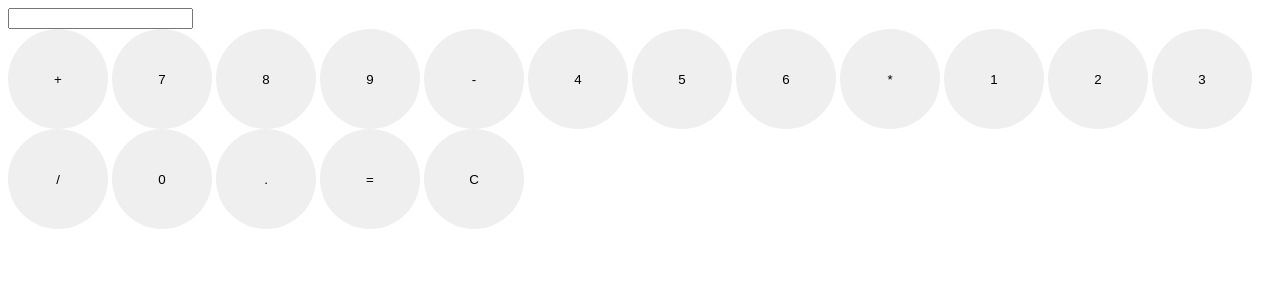
Repository: 23HarveyJi/25-Fall_chillguys
Page: calculator.html
The author's editor kept a copy of each file at every save. The page is drawn from the files as they stood at one save, then again after the next save.
The browser window is 1280 px wide. The pictures show the whole page.

Above is the page before, as saved 2025-10-10 14:53:09.

### calculator.html
<!DOCTYPE html>
<html lang="en">
    <head>
        <meta charset="UTF-8" />
        <meta name="viewport" content="width=device-width, initial-scale=1.0" />
        <title>Document</title>
        <link rel="stylesheet" href="calculator.css">
    </head>
    <body>

        <div id="calculator">
            <input id="display" readonly>
            <div id="keys">
                <button onclick="appendToDisplay('+')">+</button>
                <button onclick="appendToDisplay('7')">7</button>
                <button onclick="appendToDisplay('8')">8</button>
                <button onclick="appendToDisplay('9')">9</button>
                <button onclick="appendToDisplay('-')">-</button>
                <button onclick="appendToDisplay('4')">4</button>
                <button onclick="appendToDisplay('5')">5</button>
                <button onclick="appendToDisplay('6')">6</button>
                <button onclick="appendToDisplay('*')">*</button>
                <button onclick="appendToDisplay('1')">1</button>
                <button onclick="appendToDisplay('2')">2</button>
                <button onclick="appendToDisplay('3')">3</button>
                <button onclick="appendToDisplay('/')">/</button>
                <button onclick="appendToDisplay('0')">0</button>
                <button onclick="appendToDisplay('.')">.</button>
                <button onclick="calculate()">=</button>
                <button onclick="clearDisplay"()>C</button>
            </div>
        </div>
    </body>

### calculator.css
button{
    width: 100px;
    height: 100px;
    border-radius: 50px;
    border: none;
    background-color:
}

After the next save:
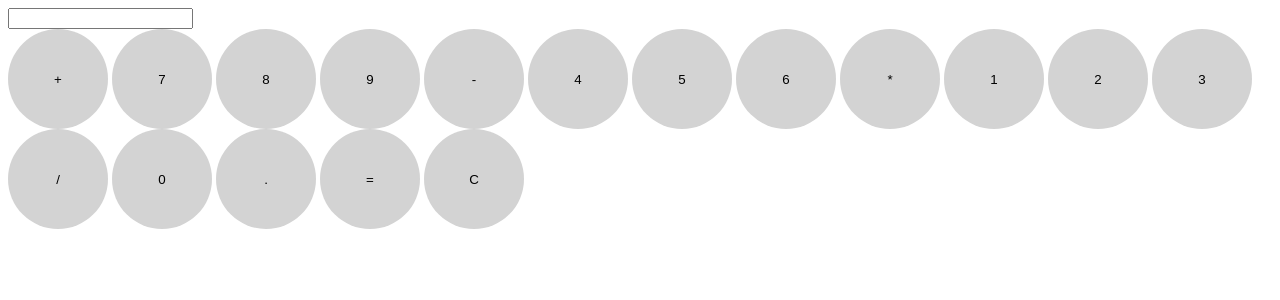
Saved 10 s later.
--- a/calculator.css
+++ b/calculator.css
@@ -3,5 +3,5 @@
     height: 100px;
     border-radius: 50px;
     border: none;
-    background-color:
+    background-color: lightgray
 }

After the save that followed:
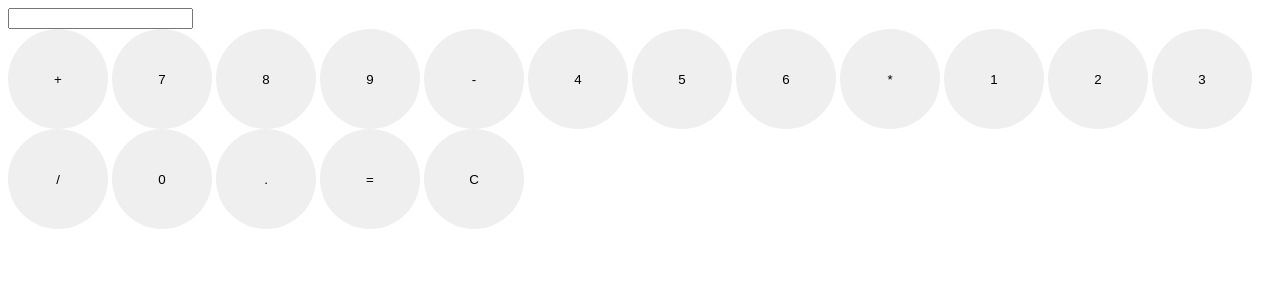
Saved 5 s later.
--- a/calculator.css
+++ b/calculator.css
@@ -4,4 +4,5 @@
     border-radius: 50px;
     border: none;
     background-color: lightgray
+    color:
 }
